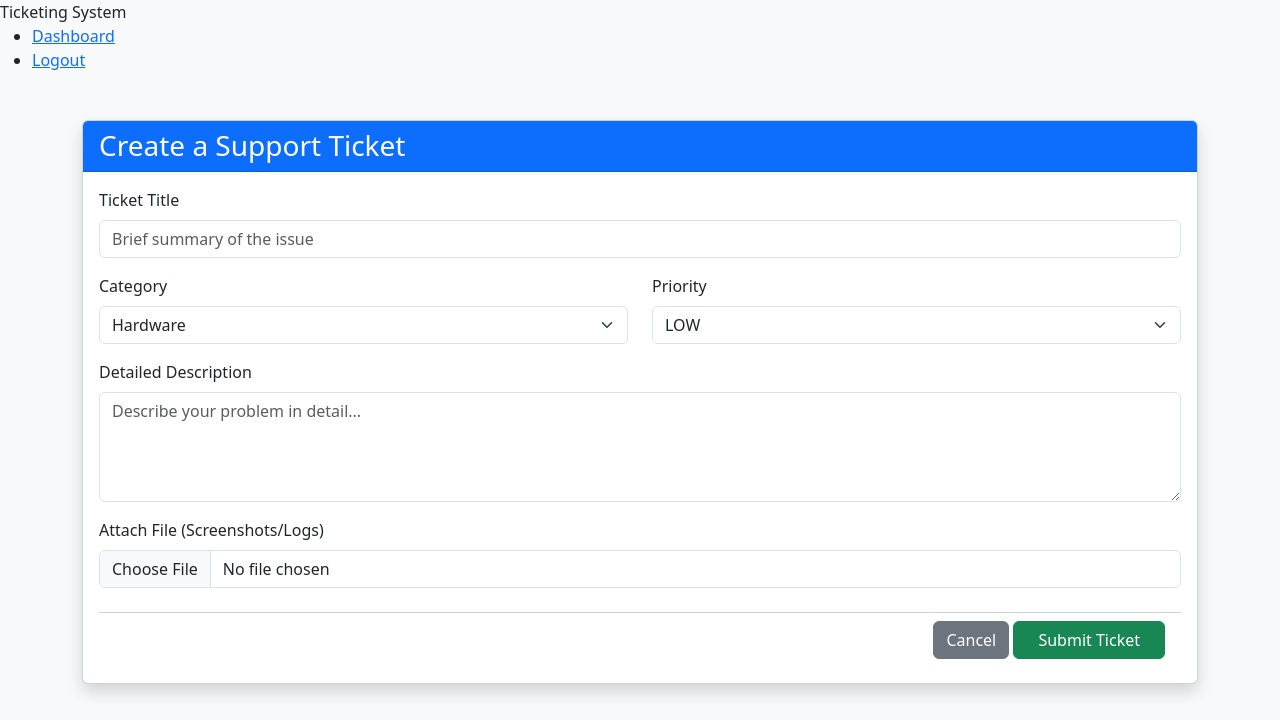
Repository: stevethetechguy/Ticketing-Gateway-System
Page: http://localhost/TicketGatewayUI/WEB-INF/views/raiseTicket.jsp
These files come from the project's save history. The page is drawn as it stood at one moment and after the next save; the edit follows.
The browser window is 1280 px wide. The pictures show the whole page.
The page is served by Tomcat 9. Nobody is signed in. Other server files are loaded and not shown. The template is opened directly, without the code that normally fills it, so the values that code supplies are empty.

Above is the page before, as saved 2026-02-05 18:02:29.

### TicketGatewayUI/src/main/webapp/WEB-INF/views/raiseTicket.jsp
<%@ page language="java" contentType="text/html; charset=UTF-8" pageEncoding="UTF-8"%>
<%@ taglib prefix="c" uri="http://java.sun.com/jsp/jstl/core" %>

<!DOCTYPE html>
<html>
<head>
    <title>Raise New Ticket</title>
	<link href="https://cdn.jsdelivr.net/npm/bootstrap@5.3.0/dist/css/bootstrap.min.css" rel="stylesheet">
    <script src="https://code.jquery.com/jquery-3.6.0.min.js"></script>
</head>
<body class="bg-light">
<%@ include file="navbar.jsp" %>

<div class="container mt-5">
    <div class="card shadow">
        <div class="card-header bg-primary text-white">
            <h3 class="card-title mb-0">Create a Support Ticket</h3>
        </div>
        <div class="card-body">
            <form id="ticketForm" enctype="multipart/form-data">

                <div class="row">
                    <div class="col-md-12 mb-3">
                        <label class="form-label">Ticket Title</label>
                        <input type="text" name="title" id="title" class="form-control" placeholder="Brief summary of the issue" />
                    </div>

                    <div class="col-md-6 mb-3">
                        <label class="form-label">Category</label>
                        <select name="category" id="category" class="form-select">
                            <option value="Hardware">Hardware</option>
                            <option value="Software">Software</option>
                            <option value="Network">Network</option>
                            <option value="Access Request">Access Request</option>
                        </select>
                    </div>

                    <div class="col-md-6 mb-3">
                        <label class="form-label">Priority</label>
                        <select name="priority" id="priority" class="form-select">
                            <c:forEach items="${priorities}" var="p">
                                <option value="${p}">${p}</option>
                            </c:forEach>
                            <option value="LOW">LOW</option>
                            <option value="MEDIUM">MEDIUM</option>
                            <option value="HIGH">HIGH</option>
                        </select>
                    </div>

                    <div class="col-md-12 mb-3">
                        <label class="form-label">Detailed Description</label>
                        <textarea name="description" id="description" class="form-control" rows="4" placeholder="Describe your problem in detail..."></textarea>
                    </div>

                    <div class="col-md-12 mb-4">
                        <label class="form-label">Attach File (Screenshots/Logs)</label>
                        <input type="file" name="ticketFile" id="ticketFile" class="form-control" />
                    </div>
                </div>

                <div class="card-footer text-end bg-transparent">
                    <a href="${pageContext.request.contextPath}/dashboard" class="btn btn-secondary">Cancel</a>
                    <button type="button" id="btnSubmit" class="btn btn-success px-4">Submit Ticket</button>
                </div>
            </form>
        </div>
    </div>
</div>

<script>
    $(document).ready(function() {

        function submitTicket() {
			var formData = new FormData();

			    // 2. Append the fields (Match the @RequestParam names in your Controller)
			    formData.append("title", $("#title").val());
			    formData.append("description", $("#description").val());
			    formData.append("category", $("#category").val());
			    formData.append("priority", $("#priority").val());

			    // 3. Append the file (grabbing the first file from the input)
			    var fileInput = document.getElementById('ticketFile');
			    if (fileInput.files.length > 0) {
			        formData.append("ticketFile", fileInput.files[0]);
			    }

			    // 4. Perform the AJAX call
			    $.ajax({
			        url: "${pageContext.request.contextPath}/gateway/saveTicket",
			        type: "POST",
			        data: formData,
			        processData: false,  // Tell jQuery not to process the data
			        contentType: false,  // Tell jQuery not to set contentType (FormData does this)
			        success: function(response) {
			            alert("Success: " + response);
			            window.location.href = "${pageContext.request.contextPath}/dashboard";
			        },
			        error: function(xhr, status, error) {
			            alert("Error: " + xhr.responseText);
			            console.log(error);
			        }
			    });
        }

        $('#btnSubmit').on('click', function() {
            submitTicket();
        });
    });
</script>

</body>
</html>

### TicketGatewayUI/src/main/webapp/WEB-INF/views/navbar.jsp
<%@ taglib prefix="sec" uri="http://www.springframework.org/security/tags" %>
<nav class="main-nav">
    <div class="nav-container">
        <div class="logo">Ticketing System</div>
        <ul class="nav-links">
            <li><a href="/dashboard">Dashboard</a></li>

            <sec:authorize access="hasRole('USER')">
                <li><a href="/raiseTicket">Raise Ticket</a></li>
                <li><a href="/my-tickets">My Tickets</a></li>
            </sec:authorize>

            <sec:authorize access="hasRole('MANAGER')">
                <li><a href="/approvals">Pending Approvals</a></li>
            </sec:authorize>

            <sec:authorize access="hasRole('ADMIN')">
                <li><a href="/manage-users">Employees</a></li>
                <li><a href="/reports">Reports</a></li>
            </sec:authorize>

            <li><a href="/logout">Logout</a></li>
        </ul>
    </div>
</nav>

After the next save:
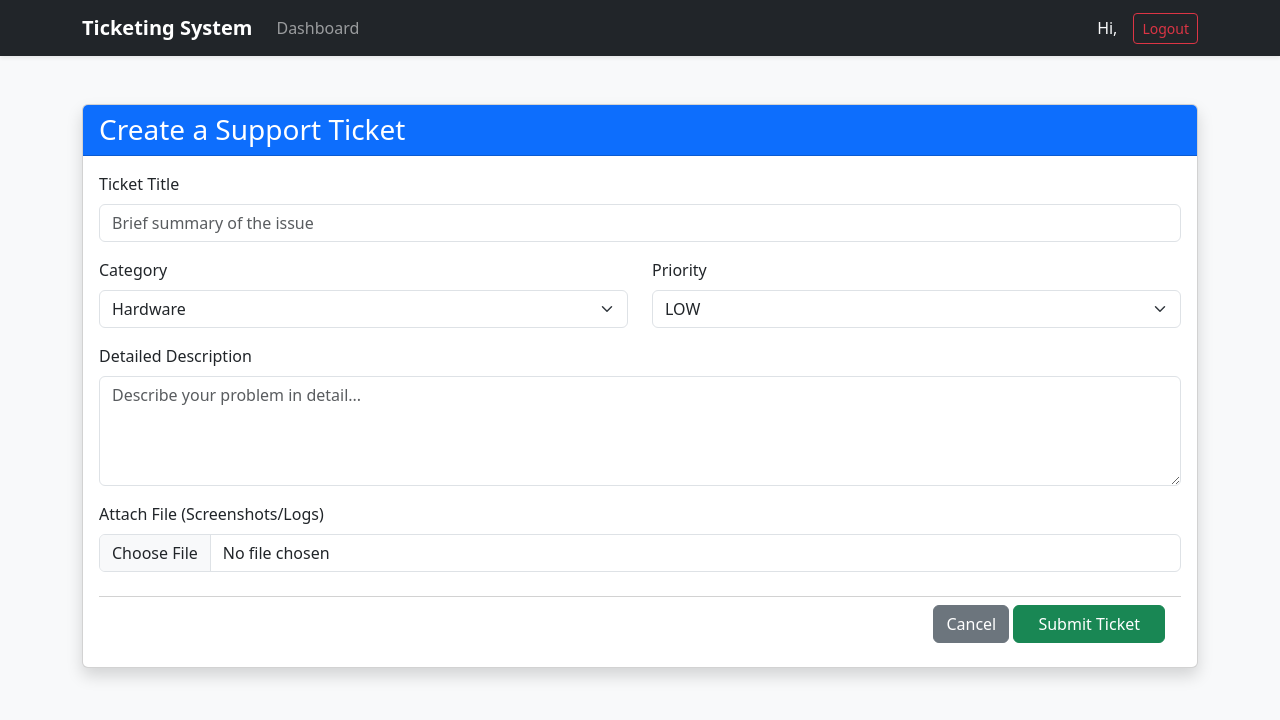
Saved 9 min 23 s later.
--- a/TicketGatewayUI/src/main/webapp/WEB-INF/views/navbar.jsp
+++ b/TicketGatewayUI/src/main/webapp/WEB-INF/views/navbar.jsp
@@ -1,25 +1,53 @@
 <%@ taglib prefix="sec" uri="http://www.springframework.org/security/tags" %>
-<nav class="main-nav">
-    <div class="nav-container">
-        <div class="logo">Ticketing System</div>
-        <ul class="nav-links">
-            <li><a href="/dashboard">Dashboard</a></li>
 
-            <sec:authorize access="hasRole('USER')">
-                <li><a href="/raiseTicket">Raise Ticket</a></li>
-                <li><a href="/my-tickets">My Tickets</a></li>
-            </sec:authorize>
+<nav class="navbar navbar-expand-lg navbar-dark bg-dark shadow-sm">
+    <div class="container">
+        <a class="navbar-brand fw-bold" href="${pageContext.request.contextPath}/dashboard">
+            <i class="bi bi-ticket-perforated"></i> Ticketing System
+        </a>
 
-            <sec:authorize access="hasRole('MANAGER')">
-                <li><a href="/approvals">Pending Approvals</a></li>
-            </sec:authorize>
+        <button class="navbar-toggler" type="button" data-bs-toggle="collapse" data-bs-target="#navbarNav"
+                aria-controls="navbarNav" aria-expanded="false" aria-label="Toggle navigation">
+            <span class="navbar-toggler-icon"></span>
+        </button>
 
-            <sec:authorize access="hasRole('ADMIN')">
-                <li><a href="/manage-users">Employees</a></li>
-                <li><a href="/reports">Reports</a></li>
-            </sec:authorize>
+        <div class="collapse navbar-collapse" id="navbarNav">
+            <ul class="navbar-nav me-auto">
+                <li class="nav-item">
+                    <a class="nav-link" href="${pageContext.request.contextPath}/dashboard">Dashboard</a>
+                </li>
 
-            <li><a href="/logout">Logout</a></li>
-        </ul>
+                <sec:authorize access="hasRole('USER')">
+                    <li class="nav-item">
+                        <a class="nav-link" href="${pageContext.request.contextPath}/raiseTicket">Raise Ticket</a>
+                    </li>
+                    <li class="nav-item">
+                        <a class="nav-link" href="${pageContext.request.contextPath}/my-tickets">My Tickets</a>
+                    </li>
+                </sec:authorize>
+
+                <sec:authorize access="hasRole('MANAGER')">
+                    <li class="nav-item">
+                        <a class="nav-link text-warning" href="${pageContext.request.contextPath}/approvals">Pending Approvals</a>
+                    </li>
+                </sec:authorize>
+
+                <sec:authorize access="hasRole('ADMIN')">
+                    <li class="nav-item">
+                        <a class="nav-link" href="${pageContext.request.contextPath}/manage-users">Employees</a>
+                    </li>
+                    <li class="nav-item">
+                        <a class="nav-link" href="${pageContext.request.contextPath}/reports">Reports</a>
+                    </li>
+                </sec:authorize>
+            </ul>
+
+            <div class="d-flex align-items-center">
+                <span class="navbar-text me-3 text-light">
+                    Hi, <strong><sec:authentication property="principal.username"/></strong>
+                </span>
+                <a href="${pageContext.request.contextPath}/logout" class="btn btn-outline-danger btn-sm">Logout</a>
+            </div>
+        </div>
     </div>
 </nav>
